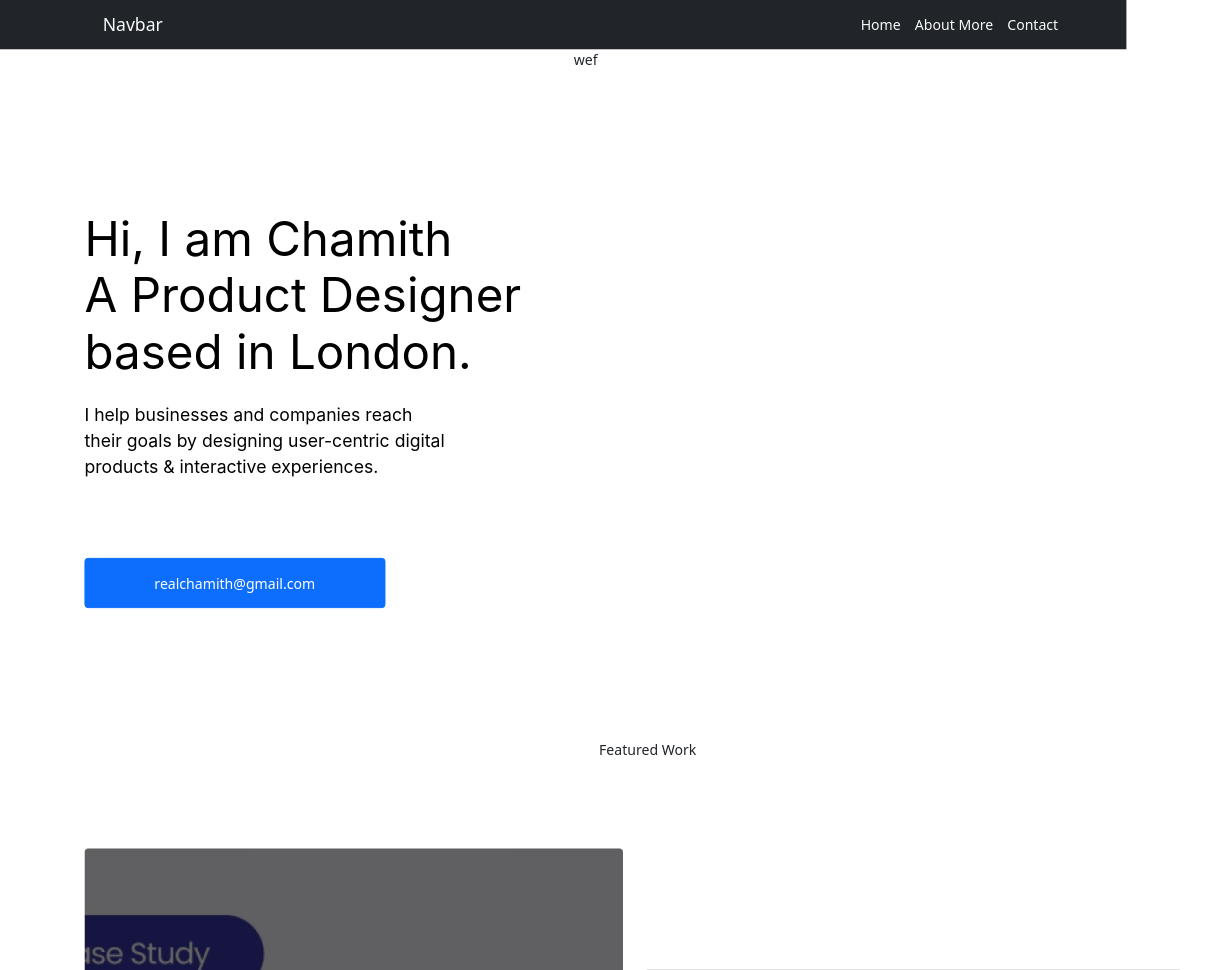
Repository: Realchamithweb/chamith-html
Page: index.html
The author's editor kept a copy of each file at every save. The page is drawn from the files as they stood at one save, then again after the next save.
The browser window is 1280 px wide. The page is 1376 px wide, so the pictures cover 1376 px, including what lies to the right of the window. The pictures show the part of the page from y = 0 to 1102 px (the page is 1990 px tall before and 2688 px after), at 88% of full size.
Pictures or frames that could not be fetched are drawn as grey boxes.

Above is the page before, as saved 2023-01-04 09:29:05.

After the next save:
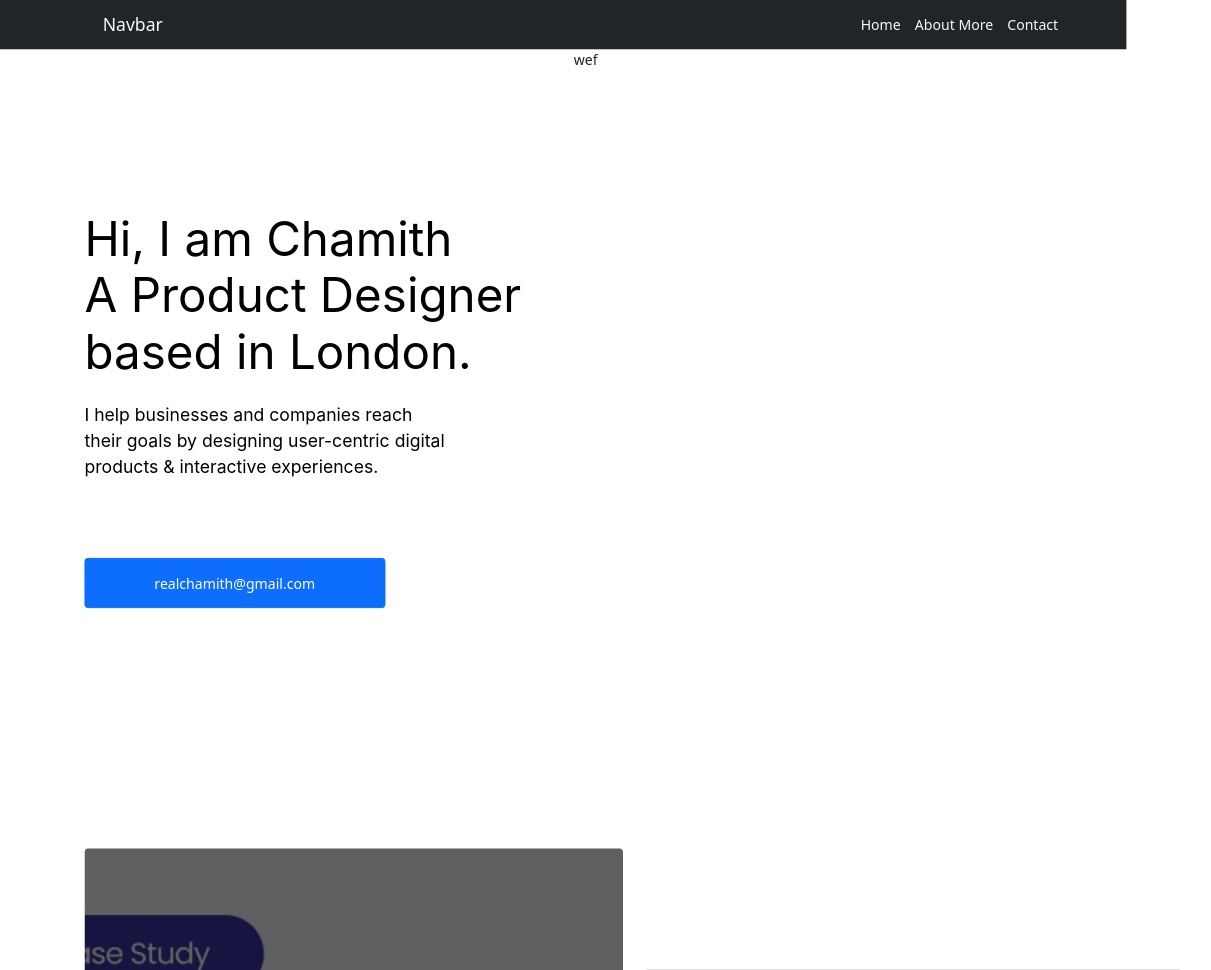
Saved 47 s later.
--- a/index.html
+++ b/index.html
@@ -64,7 +64,7 @@
             <div class="container-fluid">
                 <div class="row">
                     <div class="f-row">
-                        <p>Featured Work</p>
+                        <img src="/inc/unsplash_mxPiMiz7KCo.png" class="img01">
                     </div>
                     <div class="col-lg-6">
                         <img src="/inc/unsplash_mxPiMiz7KCo.png" class="img01">
